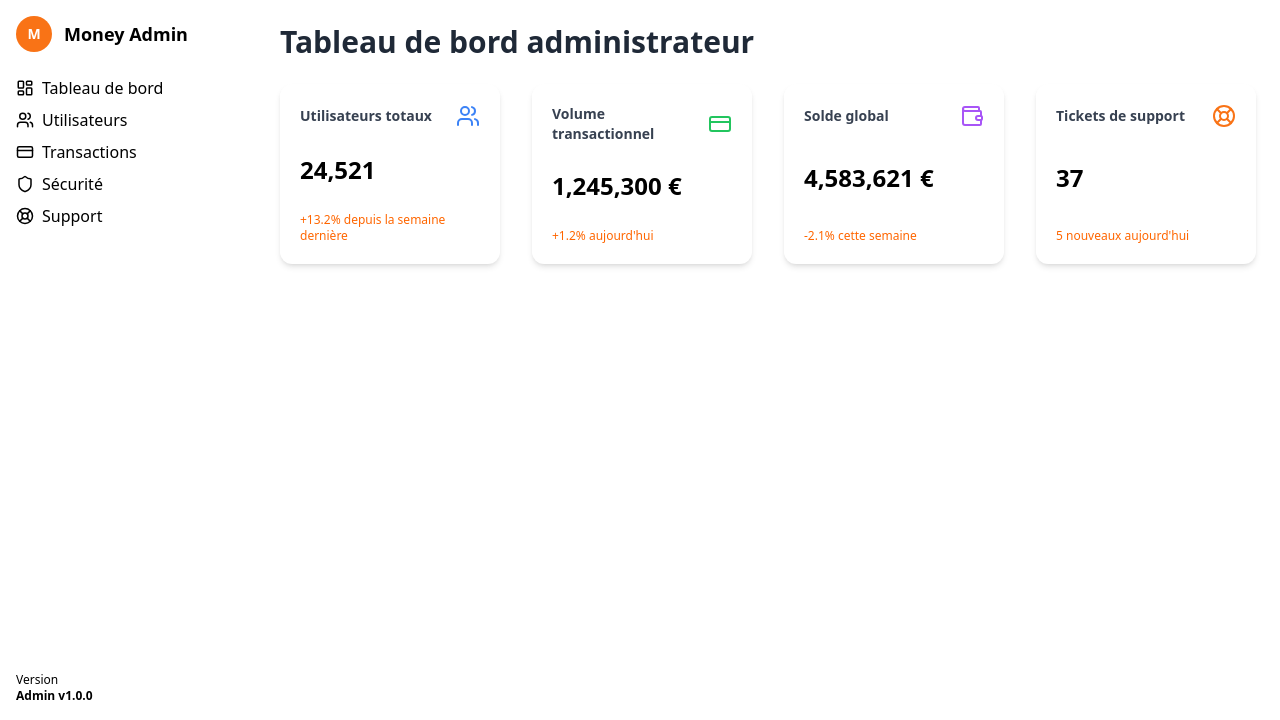
Repository: Edongo999/Dashboard
Page: /
An editor plug-in stored every save of this project. The page is shown before and after the next save, followed by the edit.
The browser window is 1280 px wide. The pictures show the whole page.
The project was rebuilt for these pictures with package versions that can differ from the ones it lists, and the page was loaded fresh each time. Also part of the build but not shown: vite.config.ts.

Above is the page before, as saved 2025-10-13 13:37:52.

After the next save:
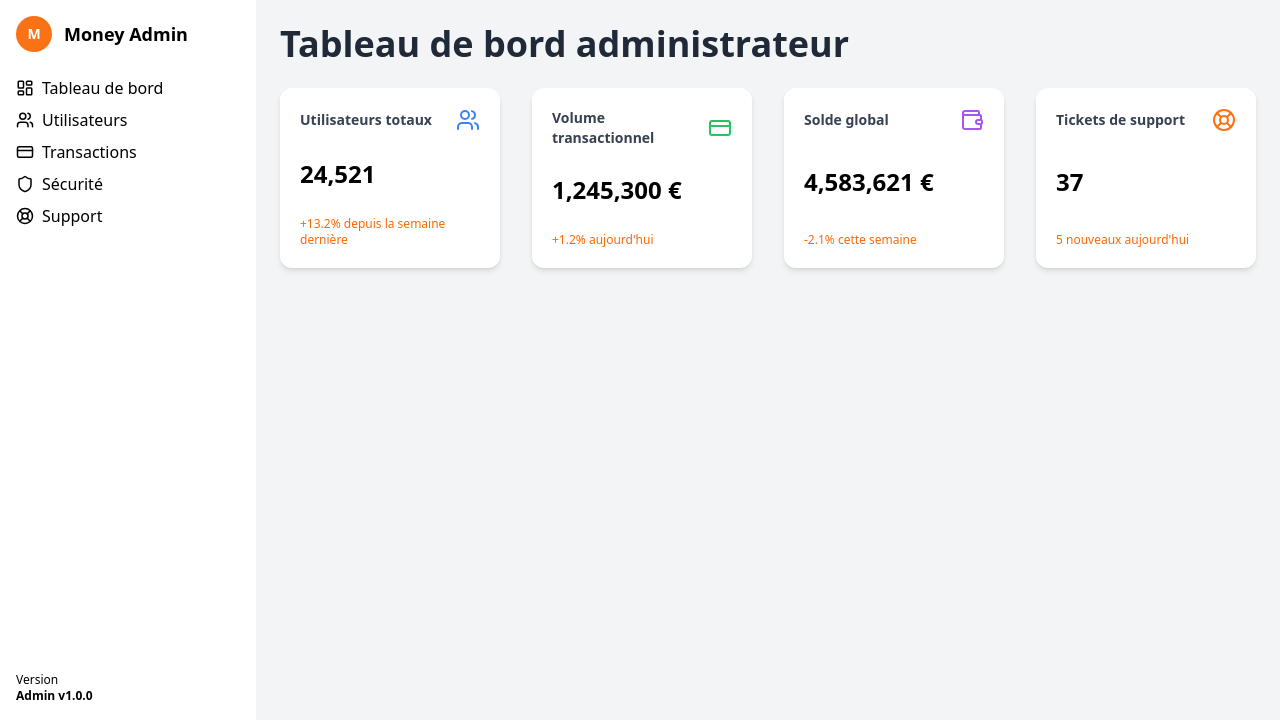
Saved 3 min 49 s later.
--- a/src/App.tsx
+++ b/src/App.tsx
@@ -37,15 +37,16 @@ const App = () => {
   return (
     <div className="flex min-h-screen">
       <Sidebar />
-      <main className="flex-1 overflow-auto p-6 bg-base-100">
-<h1
-  className="text-3xl font-bold mb-6"
-  style={{ color: "#1F2937" }}
->
-  Tableau de bord administrateur
-</h1>
-
-
+      <main
+        className="flex-1 overflow-auto p-6"
+        style={{ backgroundColor: "#F3F4F6" }}
+      >
+        <h1
+          className="text-4xl font-bold mb-6"
+          style={{ color: "#1F2937" }}
+        >
+          Tableau de bord administrateur
+        </h1>
 
         {/* Cartes KPI bien espacées */}
         <div className="flex flex-wrap gap-x-8 gap-y-6 mb-6">
